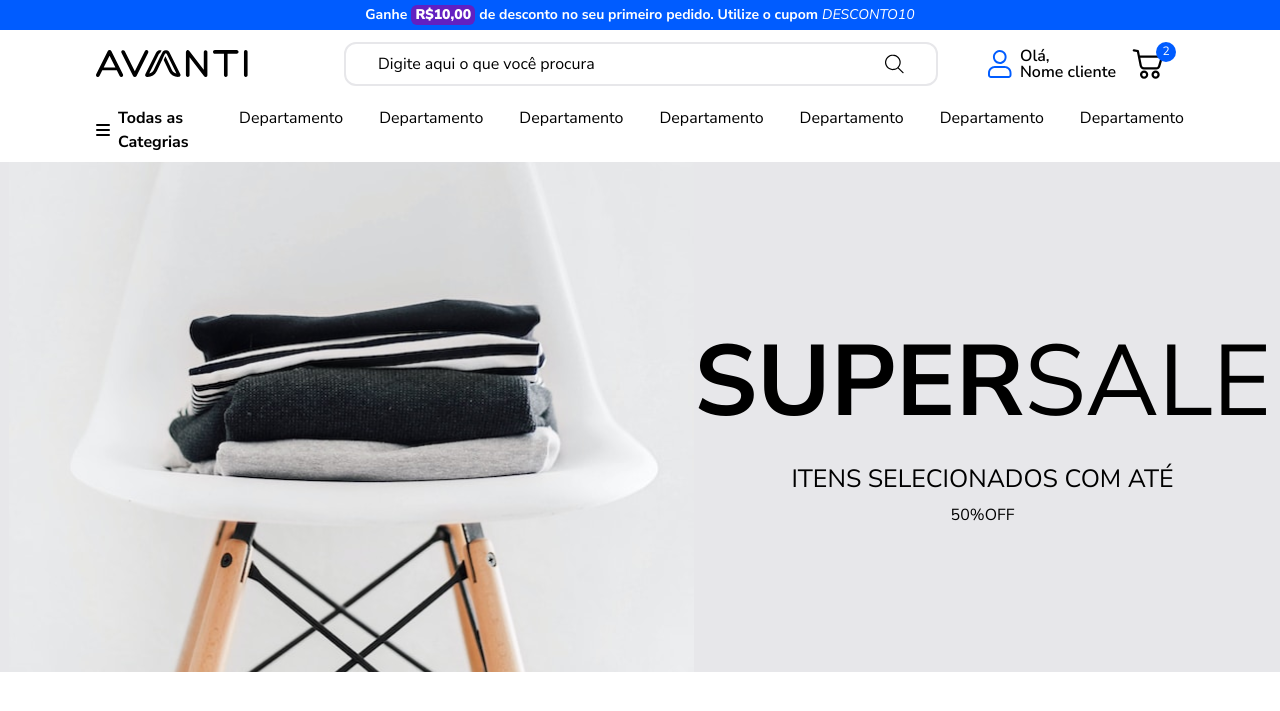
Repository: chidekina/avanti-01
Page: index.html
The author's editor kept a copy of each file at every save. The page is drawn from the files as they stood at one save, then again after the next save.
The browser window is 1280 px wide. The pictures show the whole page.

Above is the page before, as saved 2025-04-04 14:34:18.

After the next save:
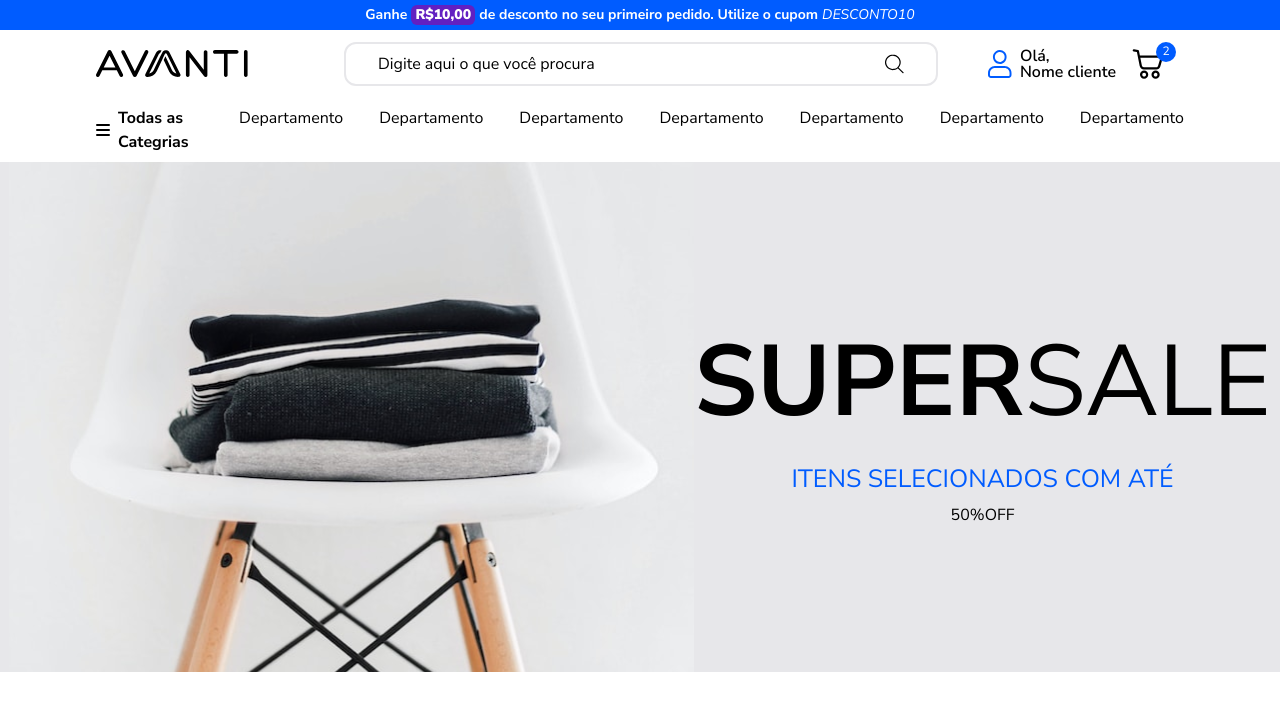
Saved 9 s later.
--- a/index.html
+++ b/index.html
@@ -66,7 +66,7 @@
           <h1 class="text-[100px]">
             <b>SUPER</b>SALE
           </h1>
-          <h4 class="text-[25px] font-(--primary-color)">
+          <h4 class="text-[25px] text-(--primary-color)">
             ITENS SELECIONADOS COM ATÉ
           </h4>
           <h4>
